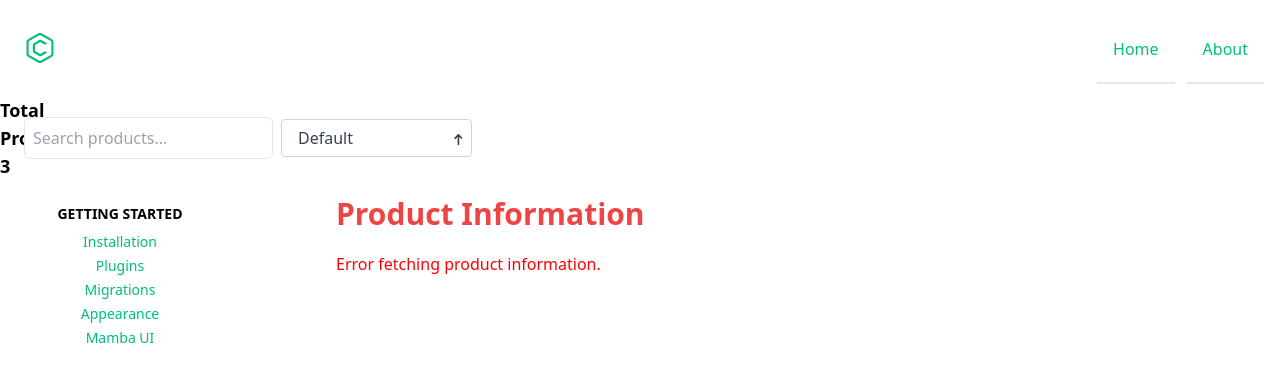
Repository: loktioncode/vectra-shop
Page: /
The author's editor kept a copy of each file at every save. The page is drawn from the files as they stood at one save, then again after the next save.
The browser window is 1280 px wide. The pictures show the whole page.
The page's requests for data from a server got no answer. The project was rebuilt for these pictures with package versions that can differ from the ones it lists, and the page was loaded fresh each time. No one was signed in, and anything a server would have sent is missing. Also part of the build but not shown: vite.config.ts, src/components/ProductCard.vue. Imported but missing from the stored project, and not drawn on this page: src/components/Counter.vue.

Above is the page before, as saved 2023-09-20 16:05:03.

### src/assets/main.css
@tailwind base;
@tailwind components;
@tailwind utilities;

@import './base.css';

a,
.green {
  text-decoration: none;
  color: hsla(160, 100%, 37%, 1);
  transition: 0.4s;
}

@media (hover: hover) {
  a:hover {
    background-color: hsla(160, 100%, 37%, 0.2);
  }
}

### src/App.vue
<!-- <script setup lang="ts">
import { RouterLink, RouterView } from 'vue-router'
import HelloWorld from './components/HelloWorld.vue'
</script> -->

<template>
  <div class="app">

    <header class="p-4 dark:bg-gray-800 dark:text-gray-100">
      <div class="container flex justify-between h-16 mx-auto">
        <a rel="noopener noreferrer" href="#" aria-label="Back to homepage" class="flex items-center p-2">
          <svg xmlns="http://www.w3.org/2000/svg" fill="currentColor" viewBox="0 0 32 32"
            class="w-8 h-8 dark:text-violet-400">
            <path
              d="M27.912 7.289l-10.324-5.961c-0.455-0.268-1.002-0.425-1.588-0.425s-1.133 0.158-1.604 0.433l0.015-0.008-10.324 5.961c-0.955 0.561-1.586 1.582-1.588 2.75v11.922c0.002 1.168 0.635 2.189 1.574 2.742l0.016 0.008 10.322 5.961c0.455 0.267 1.004 0.425 1.59 0.425 0.584 0 1.131-0.158 1.602-0.433l-0.014 0.008 10.322-5.961c0.955-0.561 1.586-1.582 1.588-2.75v-11.922c-0.002-1.168-0.633-2.189-1.573-2.742zM27.383 21.961c0 0.389-0.211 0.73-0.526 0.914l-0.004 0.002-10.324 5.961c-0.152 0.088-0.334 0.142-0.53 0.142s-0.377-0.053-0.535-0.145l0.005 0.002-10.324-5.961c-0.319-0.186-0.529-0.527-0.529-0.916v-11.922c0-0.389 0.211-0.73 0.526-0.914l0.004-0.002 10.324-5.961c0.152-0.090 0.334-0.143 0.53-0.143s0.377 0.053 0.535 0.144l-0.006-0.002 10.324 5.961c0.319 0.185 0.529 0.527 0.529 0.916z">
            </path>
            <path
              d="M22.094 19.451h-0.758c-0.188 0-0.363 0.049-0.515 0.135l0.006-0.004-4.574 2.512-5.282-3.049v-6.082l5.282-3.051 4.576 2.504c0.146 0.082 0.323 0.131 0.508 0.131h0.758c0.293 0 0.529-0.239 0.529-0.531v-0.716c0-0.2-0.11-0.373-0.271-0.463l-0.004-0.002-5.078-2.777c-0.293-0.164-0.645-0.26-1.015-0.26-0.39 0-0.756 0.106-1.070 0.289l0.010-0.006-5.281 3.049c-0.636 0.375-1.056 1.055-1.059 1.834v6.082c0 0.779 0.422 1.461 1.049 1.828l0.009 0.006 5.281 3.049c0.305 0.178 0.67 0.284 1.061 0.284 0.373 0 0.723-0.098 1.027-0.265l-0.012 0.006 5.080-2.787c0.166-0.091 0.276-0.265 0.276-0.465v-0.716c0-0.293-0.238-0.529-0.529-0.529z">
            </path>
          </svg>
        </a>
        <ul class="items-stretch hidden space-x-3 md:flex">
          <RouterLink to="/" class="flex items-center px-4 -mb-1 border-b-2 dark:border-transparent">Home</RouterLink>
          <RouterLink to="/about" class="flex items-center px-4 -mb-1 border-b-2 dark:border-transparent">About
          </RouterLink>
        </ul>
        <button class="flex justify-end p-4 md:hidden">
          <svg xmlns="http://www.w3.org/2000/svg" fill="none" viewBox="0 0 24 24" stroke="currentColor" class="w-6 h-6">
            <path stroke-linecap="round" stroke-linejoin="round" stroke-width="2" d="M4 6h16M4 12h16M4 18h16"></path>
          </svg>
        </button>
      </div>
    </header>

    <RouterView />

  </div>
</template>

<style >
.app {
  text-align: center;
}
</style>

### src/views/HomeView.vue



<template>
  <Filters />

  <div class="flex">
    <!-- Left Sidebar for Filters -->
    <div class="w-1/4 ">
      <aside class="w-full p-6 sm:w-60 dark:bg-gray-900 dark:text-gray-100">
        <nav class="space-y-10 text-sm">
          <div class="space-y-2">
            <h2 class="text-sm font-semibold tracki uppercase dark:text-gray-400">Getting Started</h2>
            <div class="flex flex-col space-y-1">
              <a rel="noopener noreferrer" href="#">Installation</a>
              <a rel="noopener noreferrer" href="#">Plugins</a>
              <a rel="noopener noreferrer" href="#">Migrations</a>
              <a rel="noopener noreferrer" href="#">Appearance</a>
              <a rel="noopener noreferrer" href="#">Mamba UI</a>
            </div>
          </div>

        </nav>
      </aside>
    </div>

    <!-- Right Side for Product Information -->
    <div class="w-4/4 p-4">
      <h1 class="text-3xl text-red-500 font-bold mb-5">Product Information</h1>
      <Products />
    </div>
  </div>
</template>



<script setup lang="ts">
import Products from '@/components/Products.vue'
import Filters from '@/components/Filters.vue'

</script>

<style>
@media (min-width: 1024px) {
  .home {
    min-height: 100vh;
    align-items: center;
  }



}
</style>

### src/components/Products.vue
<template>
  <div class="flex">
    <div v-if="productStore.loading">Loading...</div>
    <div v-else>
      <div v-if="productStore.error" class="error-message">{{ productStore.error }}</div>
      <div class="px-10">
        <div class="grid grid-cols-4 gap-4">
          <ProductCard v-for="product in productStore.products" :key="product.id" :product="product" />
        </div>
      </div>
    </div>
  </div>
</template>

<script setup lang="ts">
import { onMounted } from 'vue';
import { useProductStore } from '@/stores/productStore';
import ProductCard from '@/components/ProductCard.vue';

const productStore = useProductStore();

async function fetchProductInfo() {
  const apiUrl = 'https://fakestoreapi.com/products'; // Replace with your actual API endpoint
  await productStore.fetchProductInfo(apiUrl);
}

onMounted(() => fetchProductInfo());
</script>

<style scoped>
.error-message {
  color: red;
}
</style>

### src/components/Filters.vue
<template>
    <div class="flex flex-row items-center space-y-2 md:space-y-0 md:space-x-2 w-full">
      <!-- Product Count Display -->
      <div class="text-lg font-semibold mb-2 md:mb-0 w-2">
        Total Products: {{ filteredProducts.length }}
      </div>

      <!-- Search Form -->
      <div class="flex items-center space-x-2 w-full md:w-auto">
        <label for="search" class="sr-only">Search</label>
        <input
          v-model="searchTerm"
          id="search"
          type="text"
          placeholder="Search products..."
          class="w-full md:w-auto border p-2 rounded-md focus:outline-none focus:ring focus:border-blue-300"
        />
        <button
          @click="clearSearch"
          v-if="searchTerm"
          class="text-red-500 hover:text-red-700 focus:outline-none"
        >
          Clear
        </button>
      </div>

      <!-- Sort Dropdown -->
      <div class="relative inline-block text-gray-700">
        <select
          v-model="selectedSortOption"
          class="block appearance-none w-full md:w-auto bg-white border border-gray-300 hover:border-gray-400 px-4 py-2 pr-8 rounded leading-tight focus:outline-none focus:ring"
        >
          <option value="default">Default</option>
          <option value="price-asc">Price (Low to High)</option>
          <option value="price-desc">Price (High to Low)</option>
          <!-- Add more sorting options as needed -->
        </select>
        <div class="pointer-events-none absolute inset-y-0 right-0 flex items-center px-2 text-gray-700">
          <svg
            class="fill-current h-4 w-4"
            xmlns="http://www.w3.org/2000/svg"
            viewBox="0 0 20 20"
          >
            <path
              d="M8.293 11.293a1 1 0 001.414 0L12 8.414V18a1 1 0 102 0V8.414l2.293 2.293a1 1 0 101.414-1.414l-4-4a1 1 0 00-1.414 0l-4 4a1 1 0 000 1.414z"
            />
          </svg>
        </div>
      </div>
    </div>
  </template>



<script setup lang="ts">
import { ref, computed } from 'vue';

// Sample product data (replace with your actual data)
const products = [
    { id: 1, name: 'Product 1', price: 20.0 },
    { id: 2, name: 'Product 2', price: 30.0 },
    { id: 3, name: 'Product 3', price: 15.0 },
    // Add more products as needed
];

const searchTerm = ref('');
const selectedSortOption = ref('default');

const clearSearch = () => {
    searchTerm.value = '';
};

const filteredProducts = computed(() => {
    let result = [...products];

    if (searchTerm.value) {
        result = result.filter(product =>
            product.name.toLowerCase().includes(searchTerm.value.toLowerCase())
        );
    }

    if (selectedSortOption.value === 'price-asc') {
        result.sort((a, b) => a.price - b.price);
    } else if (selectedSortOption.value === 'price-desc') {
        result.sort((a, b) => b.price - a.price);
    }

    return result;
});
</script>

### src/stores/productStore.ts
import { defineStore } from 'pinia';

interface Product {
    id: string;
    title: string;
    description: string;
    price: number;
}

export const useProductStore = defineStore({
    id: 'products',
    state: () => ({
        products: [] as Product[],
        loading: false,
        error: null as string | null,
    }),
    actions: {
        async fetchProductInfo(apiUrl: string) {
            try {
                this.loading = true;
                const response = await fetch(apiUrl);

                if (!response.ok) {
                    throw new Error('Network response was not ok');
                }

                this.products = await response.json();
                this.error = null;
            } catch (error) {
                this.error = 'Error fetching product information.';
                console.error(error);
            } finally {
                this.loading = false;
            }
        },
    },
    getters: {


    }
})

### tailwind.config.js
/** @type {import('tailwindcss').Config} */
module.exports = {
  content: [
    "./index.html",
    "./src/**/*.{vue,js,jsx,ts,tsx}",
  ],
  theme: {
    extend: {},
  },
  plugins: [],
}

Loaded but not shown: index.html (common file); src/main.ts (common file); src/router/index.ts (common file)

After the next save:
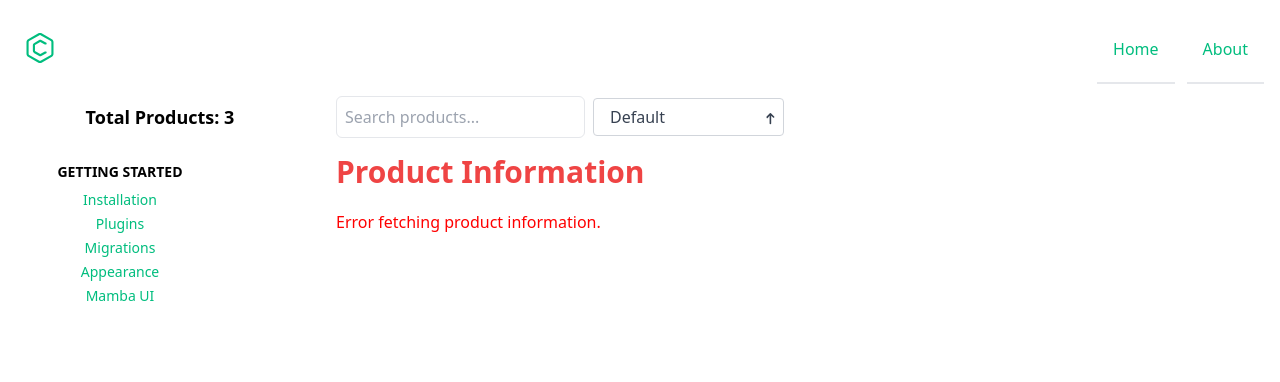
Saved 9 s later.
--- a/src/components/Filters.vue
+++ b/src/components/Filters.vue
@@ -1,7 +1,7 @@
 <template>
     <div class="flex flex-row items-center space-y-2 md:space-y-0 md:space-x-2 w-full">
       <!-- Product Count Display -->
-      <div class="text-lg font-semibold mb-2 md:mb-0 w-2">
+      <div class="text-lg font-semibold mb-2 md:mb-0 w-3/12">
         Total Products: {{ filteredProducts.length }}
       </div>
 
